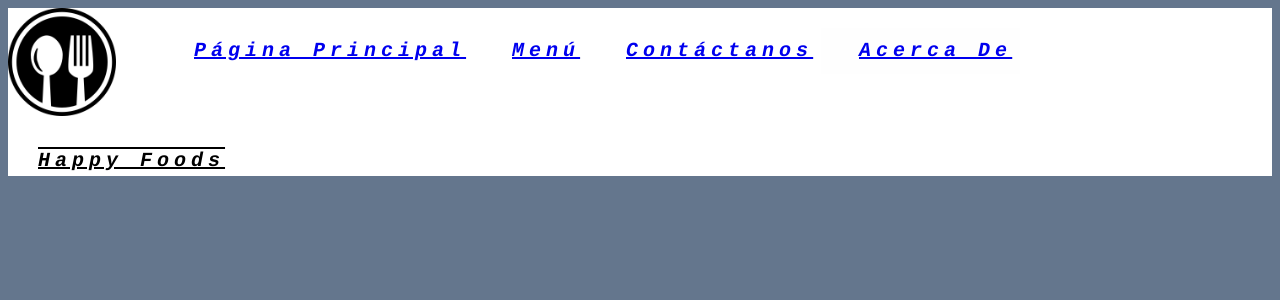
Repository: UVMCoyoacan/eq06_sitio1
Page: index.html
The author's editor kept a copy of each file at every save. The page is drawn from the files as they stood at one save, then again after the next save.
The browser window is 1280 px wide. The pictures show the whole page.

Above is the page before, as saved 2024-03-06 09:43:38.

After the next save:
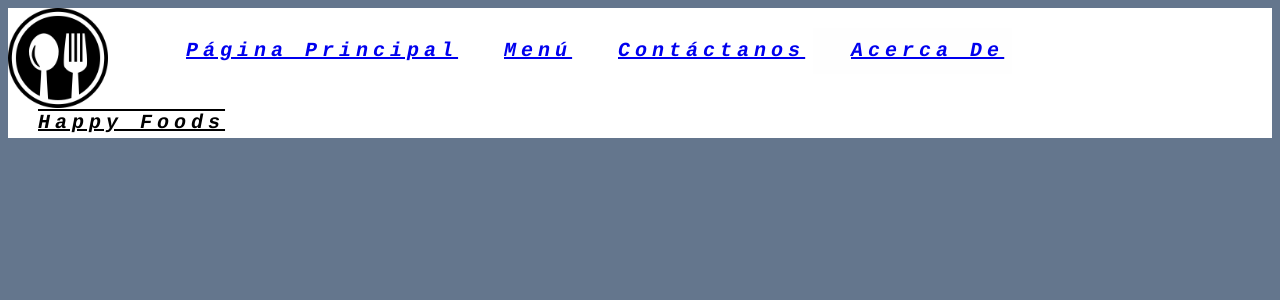
Saved 36 s later.
--- a/index.html
+++ b/index.html
@@ -9,7 +9,7 @@
             <div class="encabezado" style="display: flex;">
 
 
-                    <img width="108" height="108" src="./Carpeta ims/Logo.jpeg" onclick="redirigirIndex()" style="text-align: left; cursor:pointer;";>
+                    <img width="100" height="100" src="./Carpeta ims/Logo.jpeg" onclick="redirigirIndex()" style="text-align: left; cursor:pointer;";>
 
             <ul >
                 <li><a href="#">Página principal</a></li>
@@ -18,8 +18,8 @@
                 <li style="float:right"><a class="active" href="./Carpeta docs/acercade.html">Acerca de</a></li>
               </ul>
             </div>
-            <br/>
-        <div id="titulo" style="text-align: left; display: flex;">Happy Foods</div>
+
+        <div id="titulo" style="text-align: left;">Happy Foods</div>
 
 
 
